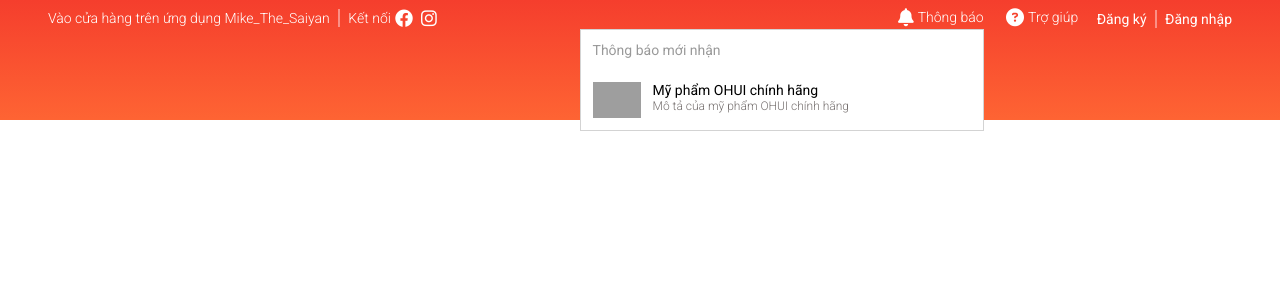
Repository: thefellowshiplotr/project_shopee
Page: index.html
The author's editor kept a copy of each file at every save. The page is drawn from the files as they stood at one save, then again after the next save.
The browser window is 1280 px wide. The pictures show the whole page.
Pictures or frames that could not be fetched are drawn as grey boxes.

Above is the page before, as saved 2022-11-07 10:02:34.

After the next save:
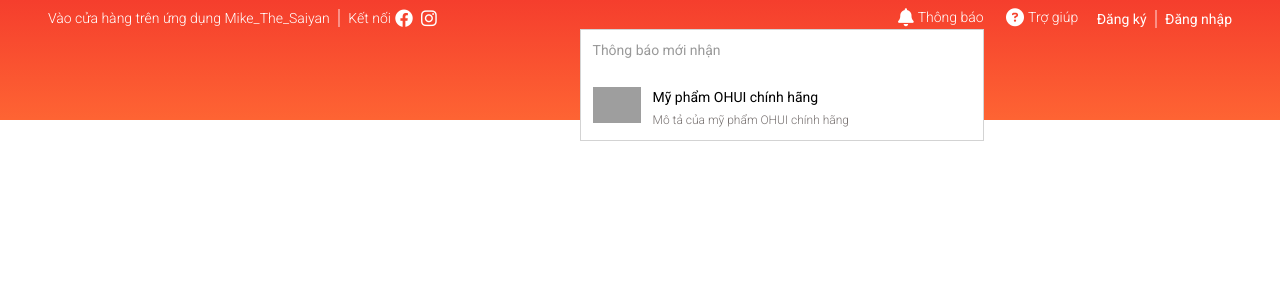
Saved 14 s later.
--- a/assets/css/main.css
+++ b/assets/css/main.css
@@ -180,6 +180,7 @@
   color: var(--black-color);
   font-size: 1.4rem;
   font-weight: 400;
+  line-height: calc(30 / 14);
 }
 
 .header__notify-description {
